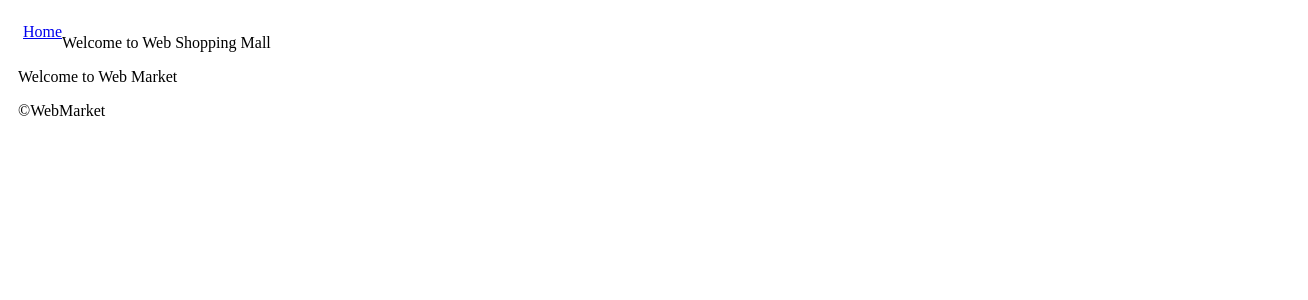
Repository: JuHyeon-S/21-1-Web-Back-end_Programming
Page: http://localhost/week07_20185135/work05_20185135.jsp
The author's editor kept a copy of each file at every save. The page is drawn from the files as they stood at one save, then again after the next save.
The browser window is 1280 px wide. The page is 1308 px wide, so the pictures cover 1308 px, including what lies to the right of the window. The pictures show the whole page.
The page is served by Tomcat 9.

Above is the page before, as saved 2021-04-15 03:01:16.

### week07/week07_20185135/src/main/webapp/work05_20185135.jsp
<%@ page language="java" contentType="text/html; charset=EUC-KR"
    pageEncoding="EUC-KR"%>
<!DOCTYPE html>
<html>
<head>
<meta charset="EUC-KR">
<title>Insert title here</title>
<link rel="stylesheet" href="work05_20185135_css.css">
</head>
<body>
	<nav class="title">
		<a class="title_a" href="./환영.jsp">Home</a>
	</nav>
	<section>
		<div class="div1">
			<p>Welcome to Web Shopping Mall
		</div>
		<div class="div2">
			<p>Welcome to Web Market</p>
		</div>
	</section>
	<footer>
		<p>&copy;WebMarket</p>
	</footer>
</body>
</html>

### week07/week07_20185135/src/main/webapp/work05_20185135_css.css
@charset "EUC-KR";

body {
	width: 100%;
	padding: 10px;
}

.title{
	width: 100%;
	heigth: 50px;
	background-color: black;
	margin:5px;
	display:block;
}

.title_a{
	float: left;

}

After the next save:
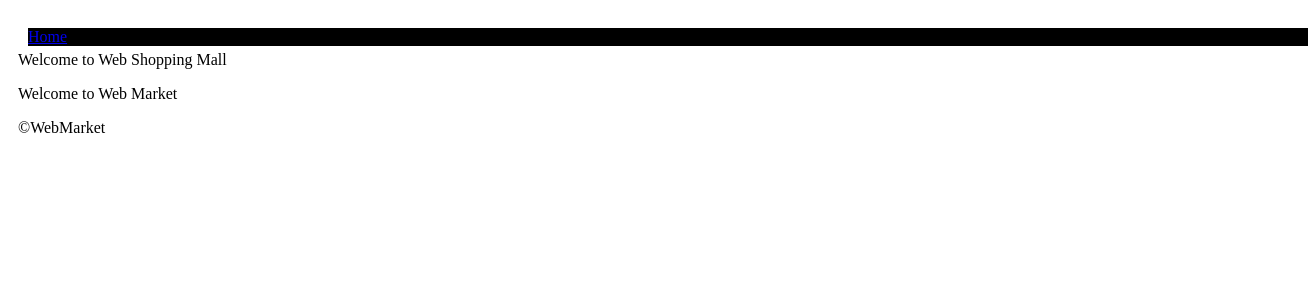
Saved 37 s later.
--- a/week07/week07_20185135/src/main/webapp/work05_20185135_css.css
+++ b/week07/week07_20185135/src/main/webapp/work05_20185135_css.css
@@ -14,6 +14,10 @@
 }
 
 .title_a{
+	width: 100%;
+	heigth: 50px;
+	background-color: black;
+	margin:5px;
 	float: left;
 
 }
